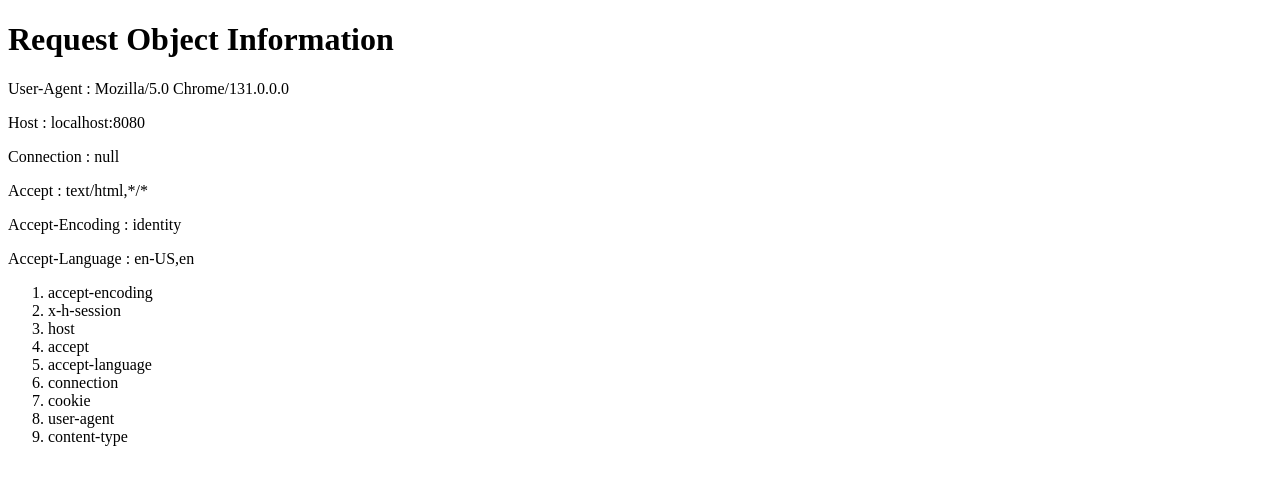
Repository: ZawMinKhantOrLeon/JavaEEWS
Page: http://localhost/jsp_servlet/request.jsp
The author's editor kept a copy of each file at every save. The page is drawn from the files as they stood at one save, then again after the next save.
The browser window is 1280 px wide. The pictures show the whole page.
The page is served by Tomcat 10.

Above is the page before, as saved 2024-02-14 10:17:36.

After the next save:
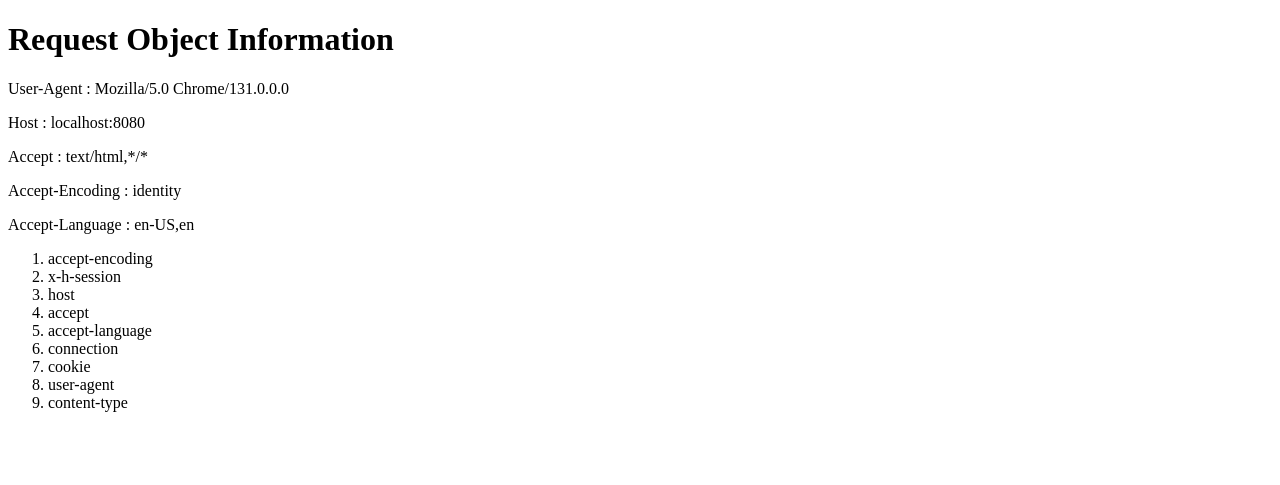
Saved 13 s later.
--- a/jsp_servlet/src/main/webapp/request.jsp
+++ b/jsp_servlet/src/main/webapp/request.jsp
@@ -10,7 +10,7 @@
 <body>
 	<h1> Request Object Information </h1>
 	<p>User-Agent : <%= request.getHeader("User-Agent") %> </p>
-	<p>Host : <%= request.getHeader("Host") %> </p>	<p>Connection : <%= request.getHeader("") %> </p>
+	<p>Host : <%= request.getHeader("Host") %> </p>
 	<p>Accept : <%= request.getHeader("Accept") %> </p>
 	<p>Accept-Encoding : <%= request.getHeader("Accept-Encoding") %> </p>
 	<p>Accept-Language : <%= request.getHeader("Accept-Language") %> </p>

After the save that followed:
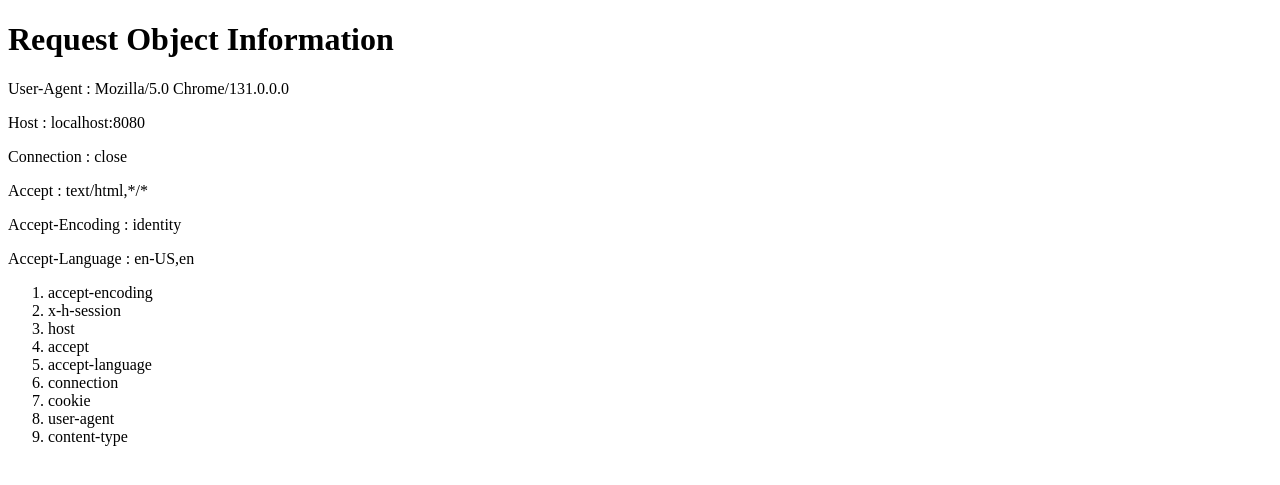
Saved 34 s later.
--- a/jsp_servlet/src/main/webapp/request.jsp
+++ b/jsp_servlet/src/main/webapp/request.jsp
@@ -11,6 +11,7 @@
 	<h1> Request Object Information </h1>
 	<p>User-Agent : <%= request.getHeader("User-Agent") %> </p>
 	<p>Host : <%= request.getHeader("Host") %> </p>
+	<p>Connection : <%= request.getHeader("Connection") %> </p>
 	<p>Accept : <%= request.getHeader("Accept") %> </p>
 	<p>Accept-Encoding : <%= request.getHeader("Accept-Encoding") %> </p>
 	<p>Accept-Language : <%= request.getHeader("Accept-Language") %> </p>
